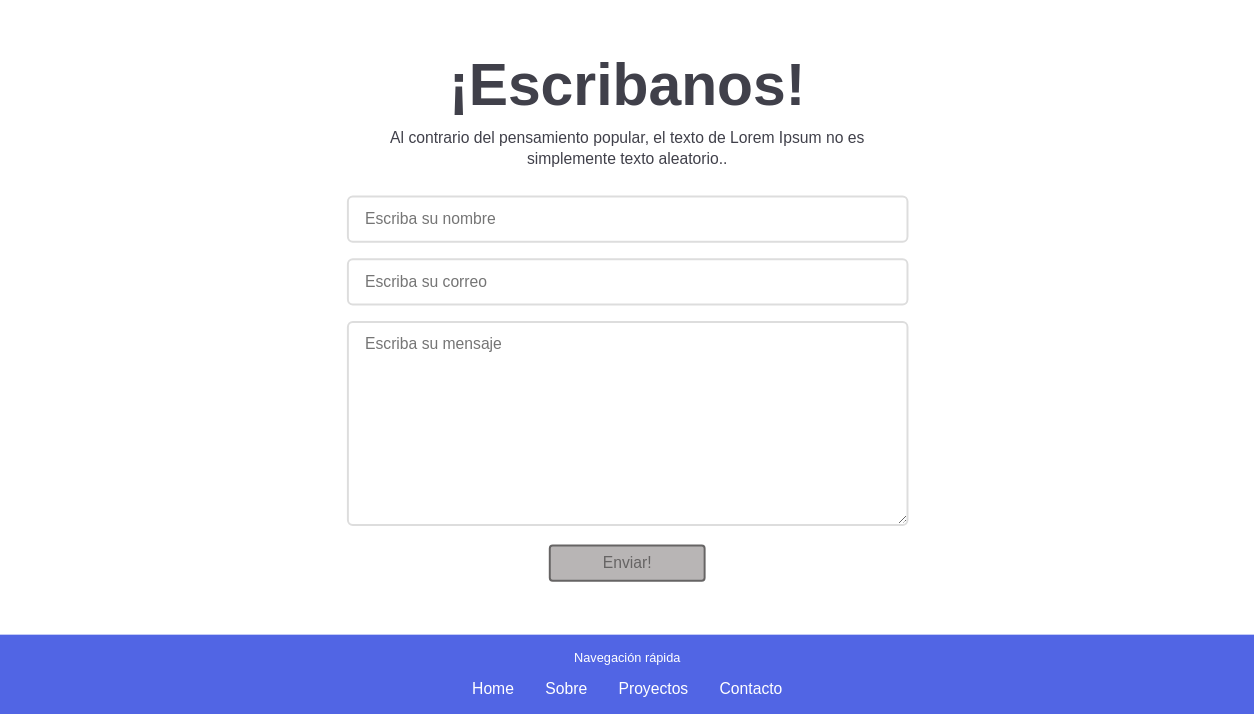
Repository: robsonmarkes/accesibilidad
Page: index.html
These files come from the project's save history. The page is drawn as it stood at one moment and after the next save; the edit follows.
The browser window is 1280 px wide. The pictures show the part of the page from y = 1369 to 2334 px (the page is 2098 px tall before and 2334 px after), at 98% of full size.
A picture or video elsewhere on the page could not be fetched, so the positions and the page height are approximate.

Above is the page before, as saved 2022-10-11 17:37:06.

After the next save:
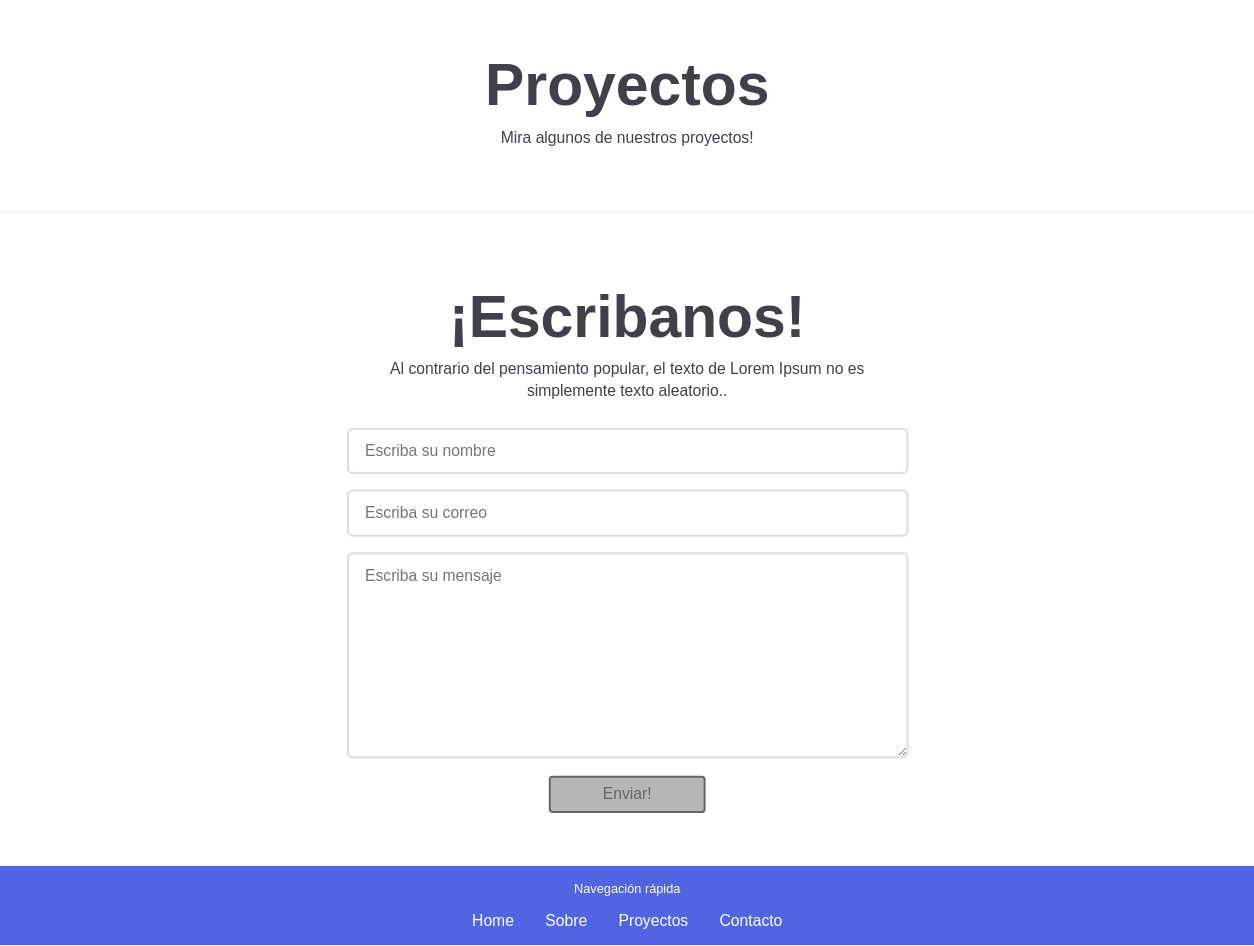
Saved 7 min 9 s later.
--- a/index.html
+++ b/index.html
@@ -48,6 +48,18 @@
                 <img src="https://cdn-dynmedia-1.microsoft.com/is/image/microsoftcorp/O2019-Hero-image-x2:VP1-539x440?resMode=sharp2&op_usm=1.5,0.65,15,0&wid=1920&hei=720&qlt=75&fit=constrain" alt="Empleados mirando sus nuevos proyectos">
             </div>
             <hr />
+
+            <div class="article">
+                <div>
+                    <h1>Proyectos</h1>
+                    <p>
+                        Mira algunos de nuestros proyectos!
+                    </p>
+                </div>
+
+            </div>
+            <hr />
+
             <div class="article">
                 <h1>¡Escribanos!</h1>
                 <p>
